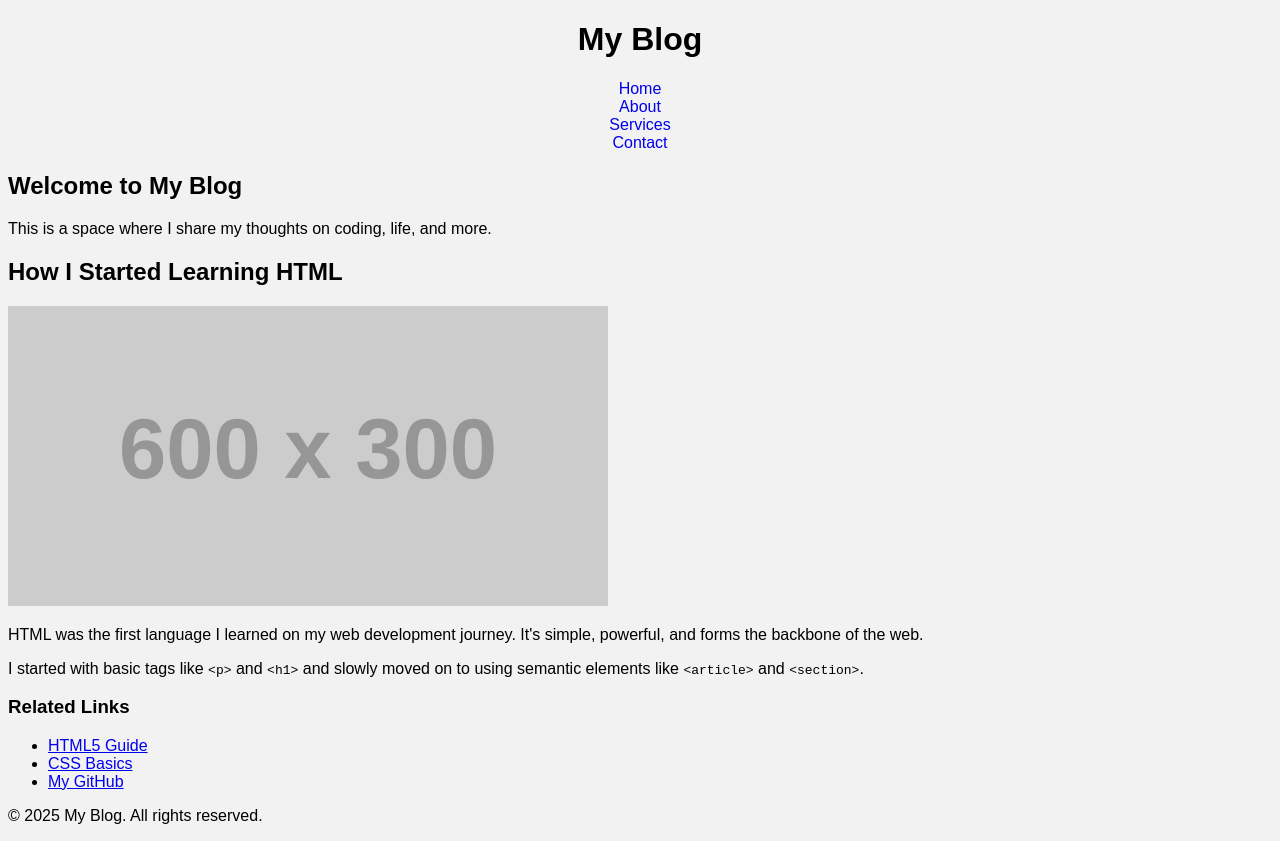
Repository: SainediAmbika/RecallingAll
Page: Angular Recalling/Blog Page/index.html
These files come from the project's save history. The page is drawn as it stood at one moment and after the next save; the edit follows.
The browser window is 1280 px wide. The pictures show the whole page.

Above is the page before, as saved 2025-05-19 12:01:33.

### Angular Recalling/Blog Page/index.html
<!DOCTYPE html>
<html lang="en">

<head>
    <meta charset="UTF-8">
    <meta name="viewport" content="width=device-width, initial-scale=1.0">
    <link rel="stylesheet" href="app.css">
    <title>Blog Page</title>

</head>
<body>
    <header class="header">
        <h1>My Blog</h1>
        <nav>
            <ul>
                <li><a href="#">Home</a></li>
                <li><a href="#">About</a></li>
                <li><a href="#">Services</a></li>
                <li><a href="#">Contact</a></li>

            </ul>
        </nav>
    </header>
    <main>

        <section>
            <h2>Welcome to My Blog</h2>
            <p>This is a space where I share my thoughts on coding, life, and more.</p>
        </section>
    </main>
    <article>
        <h2>How I Started Learning HTML</h2>
        <img src="https://via.placeholder.com/600x300" alt="A person learning HTML on a laptop">
        <p>HTML was the first language I learned on my web development journey. It's simple, powerful, and forms the
            backbone of the web.</p>
        <p>I started with basic tags like <code>&lt;p&gt;</code> and <code>&lt;h1&gt;</code> and slowly moved on to
            using semantic elements like <code>&lt;article&gt;</code> and <code>&lt;section&gt;</code>.</p>
    </article>

    <aside>
        <h3>Related Links</h3><ul>
            <li><a href="https://www.w3schools.com/html/">HTML5 Guide</a></li>
            <li><a href="https://www.w3schools.com/css/">CSS Basics</a></li>
            <li><a href="https://github.com/">My GitHub</a></li>

        </ul>
    </aside>




    <footer>
        <p>&copy; 2025 My Blog. All rights reserved.</p>
    </footer>
    </article>

</body>

</html>

### Angular Recalling/Blog Page/app.css
.header{
    text-align: center;

}

nav ul{
    list-style-type: none;
padding: 0;

}

nav ul li a{
    text-decoration: none;

}

body {
    font-family: Arial, sans-serif;
    background-color: #f2f2f2;

 }

After the next save:
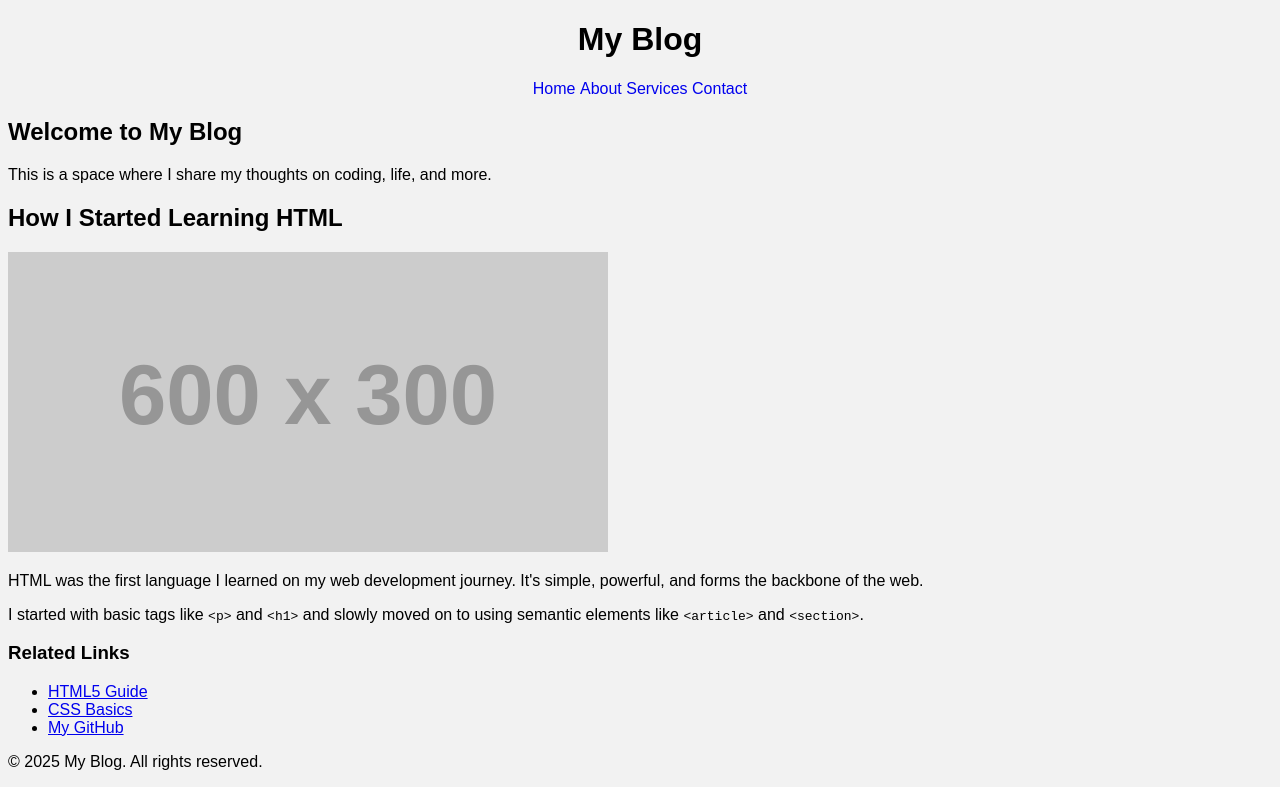
Saved 16 s later.
--- a/Angular Recalling/Blog Page/app.css
+++ b/Angular Recalling/Blog Page/app.css
@@ -9,10 +9,13 @@
 
 }
 
+nav ul li{
+  display: inline;
+   }
+
 nav ul li a{
     text-decoration: none;
-
-}
+   }
 
 body {
     font-family: Arial, sans-serif;

After the save that followed:
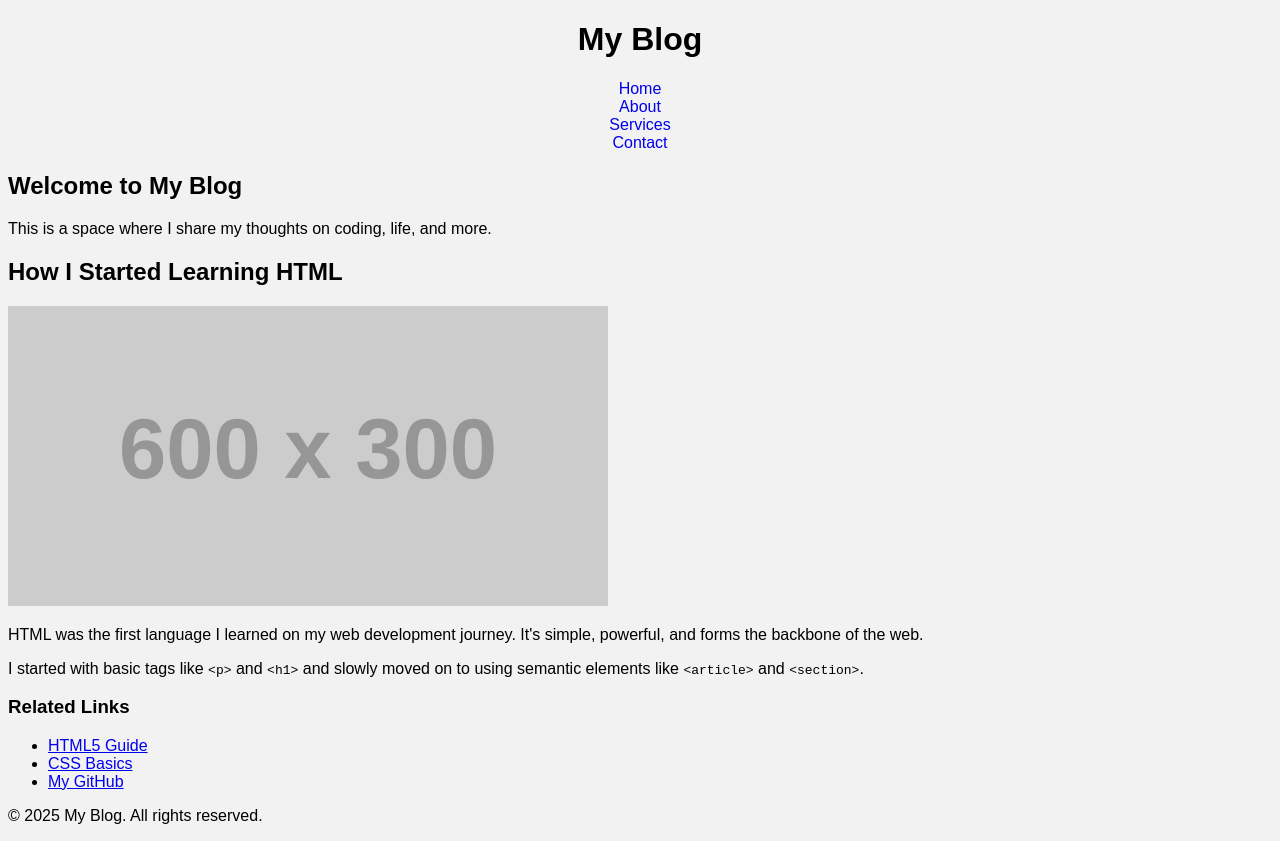
Saved 15 s later.
--- a/Angular Recalling/Blog Page/app.css
+++ b/Angular Recalling/Blog Page/app.css
@@ -10,7 +10,7 @@
 }
 
 nav ul li{
-  display: inline;
+  display:block;
    }
 
 nav ul li a{
